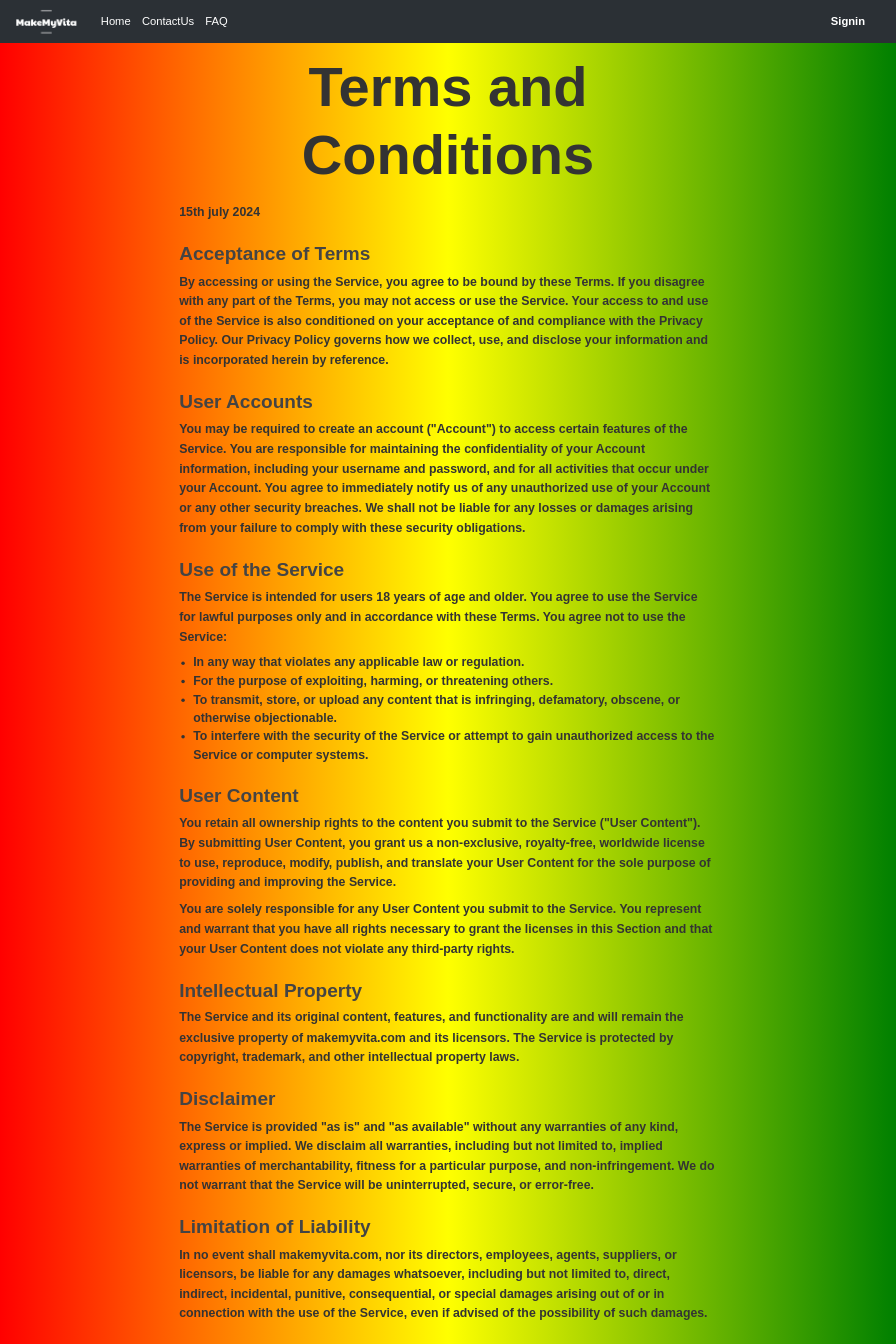
Repository: Tejaakshaykumar/MakeMyVita-Resume-Builder-Website
Page: /T&C (app in frontend/)
An editor plug-in stored every save of this project. The page is shown before and after the next save, followed by the edit.
The browser window is 1280 px wide. The pictures show the part of the page from y = 0 to 1920 px (the page is 2936 px tall), at 70% of full size.
Some web libraries are served in a nearby version. The project was rebuilt for these pictures with package versions that can differ from the ones it lists, and the page was loaded fresh each time. Also part of the build but not shown: frontend/src/App.css, frontend/src/containers/About.js, frontend/src/containers/Buildresume.js, frontend/src/containers/Images.js, frontend/src/containers/Features.js, frontend/src/containers/Review.js, frontend/src/containers/Trybox.js, frontend/src/containers/Motionbox.js and 5 more.

Above is the page before, as saved 2024-06-10 11:44:06.

### frontend/public/index.html
<!DOCTYPE html>
<html lang="en">
  <head>
    <meta charset="utf-8" />
    <link rel="icon" href="%PUBLIC_URL%/favicon.ico" />
    <meta name="viewport" content="width=device-width, initial-scale=1" />
    <meta name="theme-color" content="#000000" />
    <meta
      name="description"
      content="Web site created using create-react-app"
    />
    <link rel="apple-touch-icon" href="%PUBLIC_URL%/logo192.png" />
    <!--
      manifest.json provides metadata used when your web app is installed on a
      user's mobile device or desktop. See https://developers.google.com/web/fundamentals/web-app-manifest/
    -->
    <link rel="manifest" href="%PUBLIC_URL%/manifest.json" />
    <link rel="stylesheet" href="https://stackpath.bootstrapcdn.com/bootstrap/4.5.2/css/bootstrap.min.css">
  <link rel="stylesheet" href="https://stackpath.bootstrapcdn.com/font-awesome/4.7.0/css/font-awesome.min.css">
  <link href="https://cdn.jsdelivr.net/npm/bootstrap@5.3.3/dist/css/bootstrap.min.css" rel="stylesheet" integrity="sha384-QWTKZyjpPEjISv5WaRU9OFeRpok6YctnYmDr5pNlyT2bRjXh0JMhjY6hW+ALEwIH" crossorigin="anonymous">
  <link href="https://cdn.jsdelivr.net/npm/bootstrap-icons@1.7.2/font/bootstrap-icons.css" rel="stylesheet">
    <!--
      Notice the use of %PUBLIC_URL% in the tags above.
      It will be replaced with the URL of the `public` folder during the build.
      Only files inside the `public` folder can be referenced from the HTML.

      Unlike "/favicon.ico" or "favicon.ico", "%PUBLIC_URL%/favicon.ico" will
      work correctly both with client-side routing and a non-root public URL.
      Learn how to configure a non-root public URL by running `npm run build`.
    -->
    <title>React App</title>
  </head>
  <body>
    <noscript>You need to enable JavaScript to run this app.</noscript>
    <div id="root"></div>
    <!--
      This HTML file is a template.
      If you open it directly in the browser, you will see an empty page.

      You can add webfonts, meta tags, or analytics to this file.
      The build step will place the bundled scripts into the <body> tag.

      To begin the development, run `npm start` or `yarn start`.
      To create a production bundle, use `npm run build` or `yarn build`.
    -->
  </body>
  <script src="https://cdn.jsdelivr.net/npm/bootstrap@5.3.3/dist/js/bootstrap.bundle.min.js" integrity="sha384-YvpcrYf0tY3lHB60NNkmXc5s9fDVZLESaAA55NDzOxhy9GkcIdslK1eN7N6jIeHz" crossorigin="anonymous"></script>
</html>

### frontend/src/pages/TandC.js
import React from 'react';
import './pagestyles.css';

const TandC = () => {
  return (
    <div className='tandc'>
    <div className="tandc-container">
      <h1>Terms and Conditions</h1>
      <p>15th july 2024</p>

      <section>
        <h2> Acceptance of Terms</h2>
        <p>
          By accessing or using the Service, you agree to be bound by these Terms. If you disagree with any part of the Terms, you may not access or use the Service. Your access to and use of the Service is also conditioned on your acceptance of and compliance with the Privacy Policy. Our Privacy Policy governs how we collect, use, and disclose your information and is incorporated herein by reference.
        </p>
      </section>

      <section>
        <h2> User Accounts</h2>
        <p>
          You may be required to create an account ("Account") to access certain features of the Service. You are responsible for maintaining the confidentiality of your Account information, including your username and password, and for all activities that occur under your Account. You agree to immediately notify us of any unauthorized use of your Account or any other security breaches. We shall not be liable for any losses or damages arising from your failure to comply with these security obligations.
        </p>
      </section>

      <section>
        <h2> Use of the Service</h2>
        <p>The Service is intended for users 18 years of age and older. You agree to use the Service for lawful purposes only and in accordance with these Terms. You agree not to use the Service:</p>
        <ul>
          <li>In any way that violates any applicable law or regulation.</li>
          <li>For the purpose of exploiting, harming, or threatening others.</li>
          <li>To transmit, store, or upload any content that is infringing, defamatory, obscene, or otherwise objectionable.</li>
          <li>To interfere with the security of the Service or attempt to gain unauthorized access to the Service or computer systems.</li>
        </ul>
      </section>

      <section>
        <h2>User Content</h2>
        <p>
          You retain all ownership rights to the content you submit to the Service ("User Content"). By submitting User Content, you grant us a non-exclusive, royalty-free, worldwide license to use, reproduce, modify, publish, and translate your User Content for the sole purpose of providing and improving the Service.
        </p>
        <p>
          You are solely responsible for any User Content you submit to the Service. You represent and warrant that you have all rights necessary to grant the licenses in this Section and that your User Content does not violate any third-party rights.
        </p>
      </section>

      <section>
        <h2>Intellectual Property</h2>
        <p>
          The Service and its original content, features, and functionality are and will remain the exclusive property of makemyvita.com and its licensors. The Service is protected by copyright, trademark, and other intellectual property laws.
        </p>
      </section>

      <section>
        <h2> Disclaimer</h2>
        <p>
          The Service is provided "as is" and "as available" without any warranties of any kind, express or implied. We disclaim all warranties, including but not limited to, implied warranties of merchantability, fitness for a particular purpose, and non-infringement. We do not warrant that the Service will be uninterrupted, secure, or error-free.
        </p>
      </section>

      <section>
        <h2> Limitation of Liability</h2>
        <p>
          In no event shall makemyvita.com, nor its directors, employees, agents, suppliers, or licensors, be liable for any damages whatsoever, including but not limited to, direct, indirect, incidental, punitive, consequential, or special damages arising out of or in connection with the use of the Service, even if advised of the possibility of such damages.
        </p>
      </section>

      <section>
        <h2> Termination</h2>
        <p>
          We may terminate or suspend your access to the Service immediately, without prior notice or liability, for any reason whatsoever, including but not limited to your breach of these Terms.
        </p>
      </section>

      <section>
        <h2>Governing Law</h2>
        <p>
          These Terms shall be governed and construed in accordance with the laws of [Your State/Country], without regard to its conflict of law provisions.
        </p>
      </section>

      <section>
        <h2> Entire Agreement</h2>
        <p>
          These Terms constitute the entire agreement between you and us regarding your use of the Service and supersede all prior and contemporaneous communications and proposals, whether oral or written.
        </p>
      </section>

      <section>
        <h2> Amendments</h2>
        <p>
          We may update these Terms from time to time. We will notify you of any changes by posting the new Terms on this page.  You are advised to review these Terms periodically for any changes.
        </p>
      </section>

      <section>
        <h2>Contact Us</h2>
        <p>
          If you have any questions about these Terms, please contact us:
        </p>
        <p>By email: [your email address]</p>
        <p>By visiting this page on our website: <a href="/contactus" target="_blank" rel="noopener noreferrer">Contact Us</a></p>
      </section>
    </div>
    </div>
  );
};

export default TandC;

### frontend/src/pages/pagestyles.css
/* TandC */
.tandc {
  background: linear-gradient(to right,red,yellow,green);
  /* margin-bottom: -2%; */
}
.tandc-container {
    max-width: 100%;
    /* margin: 0 auto; */
    padding: 6% 20%;
    font-family: Arial, sans-serif;
    color: #333;
    /* margin-top: 7%; */
    margin-bottom: -2%;

  }

  .tandc-container h1 {
    text-align: center;
    margin-bottom: 20px;
    font-weight: 700;
    font-size: 5rem;
  }

  .tandc-container h2 {
    margin-top: 30px;
    color: #444;
    font-weight: 700;
    font-size: 1.7rem;
  }

  .tandc-container p {
    line-height: 1.6;
    font-weight: 600;
    font-size: 1.1rem;
  }

  .tandc-container ul {
    list-style-type: disc;
    padding-left: 20px;
    font-weight: 600;
    font-size: 1.1rem;
  }

  .tandc-container a {
    color: #1a73e8;
    text-decoration: none;
  }

  .tandc-container a:hover {
    text-decoration: underline;
  }


  /* Privacy */
  .privacy-container {
    max-width: 800px;
    margin: 0 auto;
    padding: 20px;
    font-family: 'Arial', sans-serif;
    color: #333;
    line-height: 1.6;
    background-color: #fff;
    border-radius: 8px;
    box-shadow: 0 0 10px rgba(0, 0, 0, 0.1);
  }

  h1 {
    text-align: center;
    color: #333;
    font-size: 2.5rem;
    margin-bottom: 20px;
  }

  h2 {
    color: #444;
    font-size: 1.75rem;
    margin-top: 20px;
  }

  h3 {
    color: #555;
    font-size: 1.5rem;
    margin-top: 15px;
  }

  p {
    margin-bottom: 10px;
  }

  ul {
    list-style-type: disc;
    padding-left: 20px;
  }

  a {
    color: #1a73e8;
    text-decoration: none;
  }

  a:hover {
    text-decoration: underline;
  }

  @media (max-width: 600px) {
    .privacy-container {
      padding: 10px;
    }

    h1 {
      font-size: 2rem;
    }

    h2 {
      font-size: 1.5rem;
    }

    h3 {
      font-size: 1.25rem;
    }
  }

  /* Aboutus */
  .about-container {
    font-family: 'Arial', sans-serif;
    color: #fff;
    max-width: 1200px;
    margin: 0 auto;
    padding: 20px;
    background-color: #000; /* For overall contrast, adjust as needed */
  }

  .about-top {
    position: relative;
    text-align: center;
    color: white;
  }

  .about-image {
    width: 100%;
    height: auto;
    border-radius: 10px;
    opacity: 0.8;
  }

  .about-content {
    position: absolute;
    top: 50%;
    left: 50%;
    transform: translate(-50%, -50%);
    background-color: rgba(0, 0, 0, 0.5); /* Semi-transparent background */
    padding: 20px;
    border-radius: 10px;
    max-width: 90%;
    text-align: left;
  }

  .about-content h1 {
    font-size: 3rem;
    margin-bottom: 10px;
  }

  .about-content p {
    font-size: 1.2rem;
  }

  .about-bottom {
    background-color: #222;
    padding: 40px;
    border-radius: 10px;
    margin-top: 20px;
  }

  .about-bottom h2 {
    font-size: 2rem;
    margin-bottom: 20px;
  }

  .about-bottom p,
  .about-bottom ul {
    font-size: 1.2rem;
    line-height: 1.6;
  }

  .about-bottom ul {
    list-style-type: disc;
    padding-left: 20px;
  }

  .about-bottom h3 {
    font-size: 1.5rem;
    margin-top: 20px;
  }

  @media (max-width: 768px) {
    .about-content h1 {
      font-size: 2rem;
    }

    .about-content p {
      font-size: 1rem;
    }

    .about-bottom h2 {
      font-size: 1.5rem;
    }

    .about-bottom p,
    .about-bottom ul {
      font-size: 1rem;
    }
  }

  /* FAQ */
  /* styles.css */

/* body, html {
  margin: 0;
  padding: 0;
  font-family: Arial, sans-serif;
  background-color: #f7f7f7;
}

.app {
  display: flex;
  justify-content: center;
  align-items: center;
  min-height: 100vh;
  padding: 20px;
} */

.faq-container {
  background-color: white;
  padding: 20px;
  border-radius: 8px;
  max-width: 800px;
  width: 100%;
  box-shadow: 0 4px 8px rgba(0, 0, 0, 0.1);
}

.faq-container h1 {
  text-align: center;
  margin-bottom: 20px;
}

.faq-container input {
  width: 100%;
  padding: 10px;
  margin-bottom: 20px;
  border: 1px solid #ccc;
  border-radius: 4px;
}

.faq-list {
  max-height: 500px;
  overflow-y: auto;
}

.faq-item {
  border-bottom: 1px solid #eee;
  padding: 10px 0;
}

.faq-question {
  cursor: pointer;
  font-weight: bold;
}

.faq-answer {
  margin-top: 10px;
}

.related-articles {
  margin-top: 10px;
}

.related-articles h4 {
  margin-bottom: 5px;
}

.related-articles ul {
  padding-left: 20px;
  margin: 0;
}

.related-articles li {
  list-style-type: disc;
}



  /* Dashboard */
  body {
    font-family: Arial, sans-serif;
  }

  .sidebar {
    position: fixed;
    top: 0;
    bottom: 0;
    left: 0;
    z-index: 100;
    padding: 48px 0 0;
    box-shadow: inset -1px 0 0 rgba(0, 0, 0, .1);
  }

  .sidebar .nav-link {
    font-weight: 500;
    color: #333;
  }

  .sidebar .nav-link.active {
    color: #007bff;
  }

  .sidebar .nav-link:hover {
    color: #007bff;
  }

  .sidebar .sidebar-title {
    padding: 16px;
    font-size: 1.5rem;
    text-align: center;
  }

  .sidebar-footer {
    position: absolute;
    bottom: 0;
    width: 100%;
    padding: 16px;
    text-align: center;
  }

  .sidebar-footer .nav-link {
    color: #007bff;
  }

  .sidebar-footer .nav-link:hover {
    color: #0056b3;
  }

  .badge-new {
    background-color: #28a745;
    color: white;
    padding: 4px 8px;
    border-radius: 12px;
  }

  .card {
    margin-bottom: 1.5rem;
  }

  .card-title {
    font-size: 1.5rem;
    font-weight: bold;
  }

  .alert {
    margin-bottom: 0;
    font-size: 0.875rem;
  }

  @media (max-width: 767.98px) {
    .sidebar {
      position: relative;
      width: 100%;
      height: auto;
    }

    .sidebar .nav-link {
      font-size: 0.875rem;
    }
  }


  /* Signin */


  .signin {
    /* background: linear-gradient(45deg, #a1c4fd, #c2e9fb); */
    font-family: 'Arial', sans-serif;
    /* background:linear-gradient(to top,#000000,#5A72A0,#83B4FF,#FDFFE2); */
    background:linear-gradient(to top,#000000,#243763);
    /* background:linear-gradient(to top,#000000,#E96479,#F5E9CF,#c4fffd); */

    height: 100vh;
    display: flex;
    justify-content: center;
    align-items: center;
    margin-bottom: -2%;
  }

  .signin-container {
    text-align: center;

  }

  .signin-box {
    background: #fff;
    padding: 40px;
    border-radius: 8px;
    box-shadow: 0px 0px 20px rgba(0, 0, 0, 0.301);
    width: 500px;
    max-width: 90%;
  }

  .signin-header h2 {
    font-size: 24px;
    font-weight: 700;
    margin-bottom: 10px;
  }

  .signin-header p {
    font-size: 14px;
    color: #777;
    margin-bottom: 20px;
  }

  .form-group {
    margin-bottom: 15px;
  }

  .form-group label {
    display: block;
    text-align: left;
    margin-bottom: 5px;
  }

  .form-control {
    width: 100%;
    padding: 10px;
    border: 1px solid #ccc;
    border-radius: 4px;
    box-sizing: border-box;
  }

  .input-group {
    display: flex;
    align-items: center;
  }

  .input-group-append {
    background: #fff;
    border: 1px solid #ccc;
    border-left: 0;
    padding: 10px;
    border-radius: 0 4px 4px 0;
    cursor: pointer;
  }

  .form-check {
    display: flex;
    align-items: center;
    justify-content: space-between;
    margin: 20px 0;
  }

  .form-check-input {
    margin-right: 10px;
  }

  .form-check-label {
    margin-right: auto;
  }

  .forgot-password {
    color: #000;
    text-decoration: none;
  }

  .btn {
    width: 100%;
    padding: 10px;
    border: none;
    border-radius: 4px;
    cursor: pointer;
    font-size: 16px;
    font-weight: bold;
  }

  .btn-primary {
    background: #000;
    color: #fff;
  }

  .or-use {
    margin: 20px 0;
  }

  .or-use span {
    background: #fff;
    padding: 0 10px;
    color: #777;
  }

  .social-login {
    display: flex;
    justify-content: center;
    margin: 20px 0;
  }

  .social-login button {
    margin: 0 10px;
    width: 50px;
    height: 50px;
    border-radius: 50%;
    border: 1px solid #ccc;
    display: inline-flex;
    justify-content: center;
    align-items: center;
    background: #fff;
    cursor: pointer;
  }

  footer {
    margin-top: 20px;
  }

  footer p {
    font-size: 14px;
    color: #777;
  }

Loaded but not shown: frontend/src/index.js (common file); frontend/src/index.css (common file); frontend/src/reportWebVitals.js (common file); frontend/src/App.js (99 lines, source omitted); frontend/src/containers/Foot.js (65 lines, source omitted); frontend/src/containers/Navbar.js (57 lines, source omitted); frontend/src/containers/cont.css (403 lines, source omitted)

After the next save:
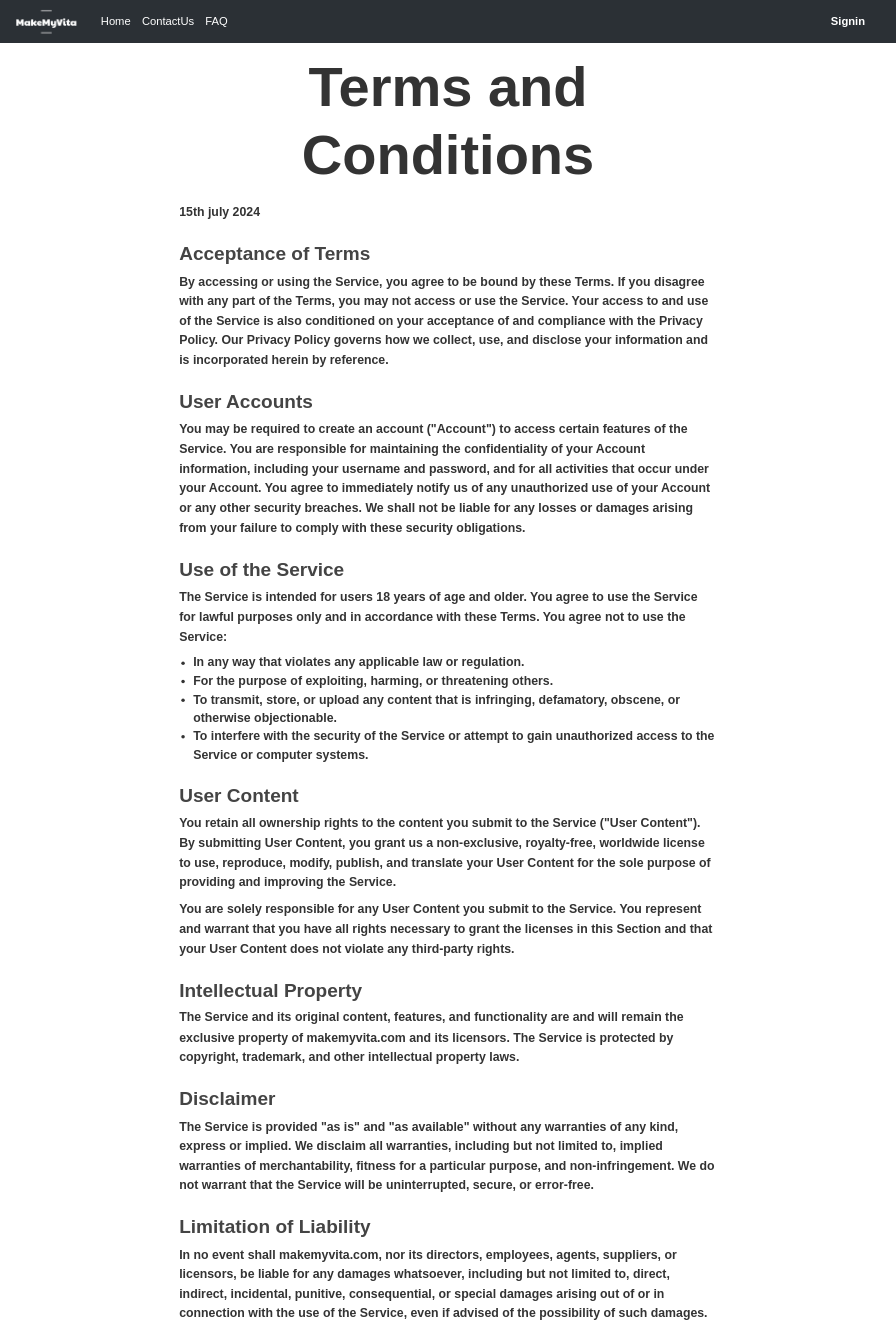
Saved 13 s later.
--- a/frontend/src/pages/pagestyles.css
+++ b/frontend/src/pages/pagestyles.css
@@ -1,8 +1,5 @@
 /* TandC */
-.tandc {
-  background: linear-gradient(to right,red,yellow,green);
-  /* margin-bottom: -2%; */
-}
+
 .tandc-container {
     max-width: 100%;
     /* margin: 0 auto; */

After the 3 saves that followed:
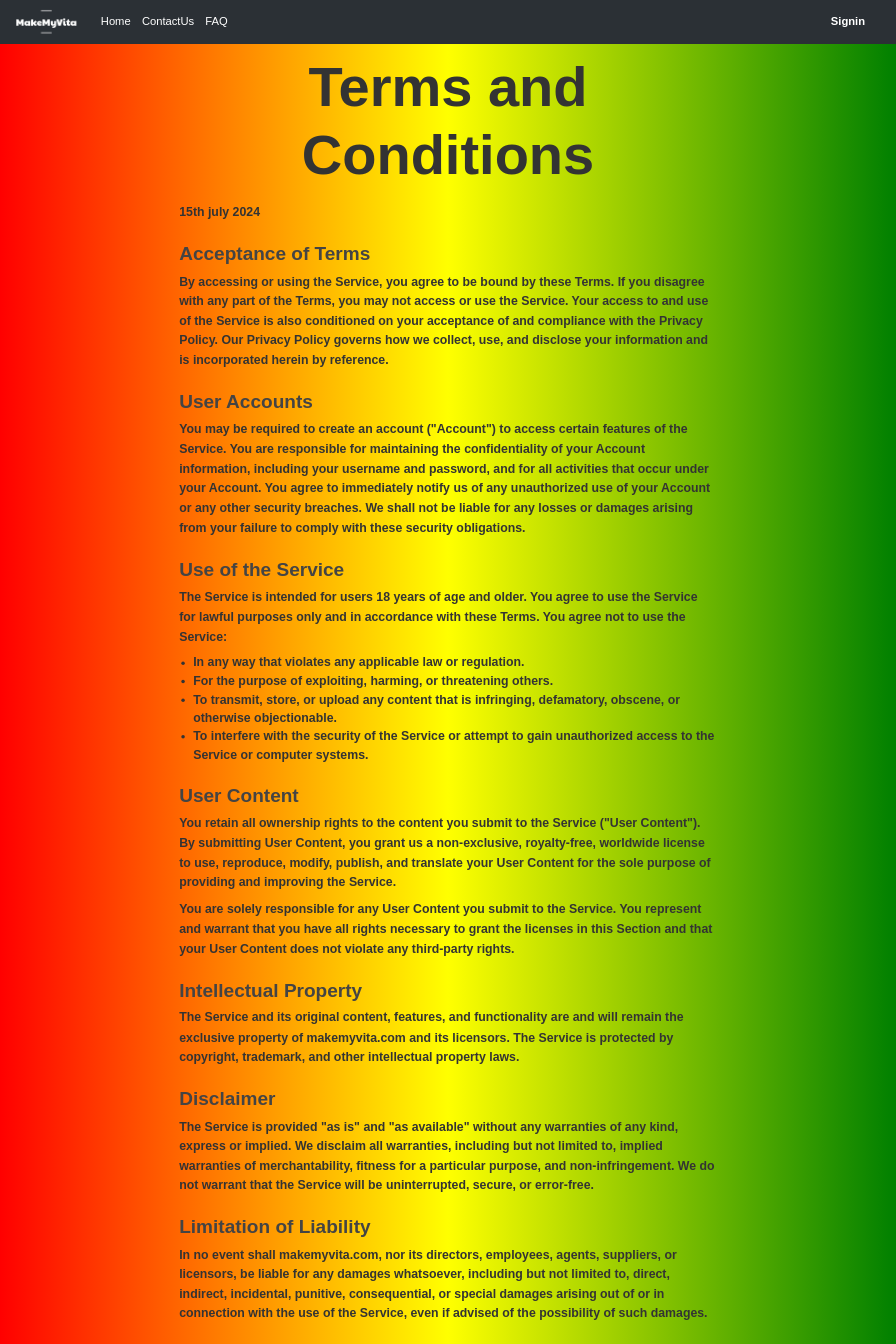
The 3 saves are shown as one change because 1 left the picture as it was and some came seconds apart.
The last was saved 17 s later.
--- a/frontend/src/pages/TandC.js
+++ b/frontend/src/pages/TandC.js
@@ -3,7 +3,6 @@ import './pagestyles.css';
 
 const TandC = () => {
   return (
-    <div className='tandc'>
     <div className="tandc-container">
       <h1>Terms and Conditions</h1>
       <p>15th july 2024</p>
@@ -101,7 +100,6 @@ const TandC = () => {
         <p>By visiting this page on our website: <a href="/contactus" target="_blank" rel="noopener noreferrer">Contact Us</a></p>
       </section>
     </div>
-    </div>
   );
 };
 
--- a/frontend/src/pages/pagestyles.css
+++ b/frontend/src/pages/pagestyles.css
@@ -5,6 +5,7 @@
     /* margin: 0 auto; */
     padding: 6% 20%;
     font-family: Arial, sans-serif;
+    background: linear-gradient(to right,red,yellow,green);
     color: #333;
     /* margin-top: 7%; */
     margin-bottom: -2%;
